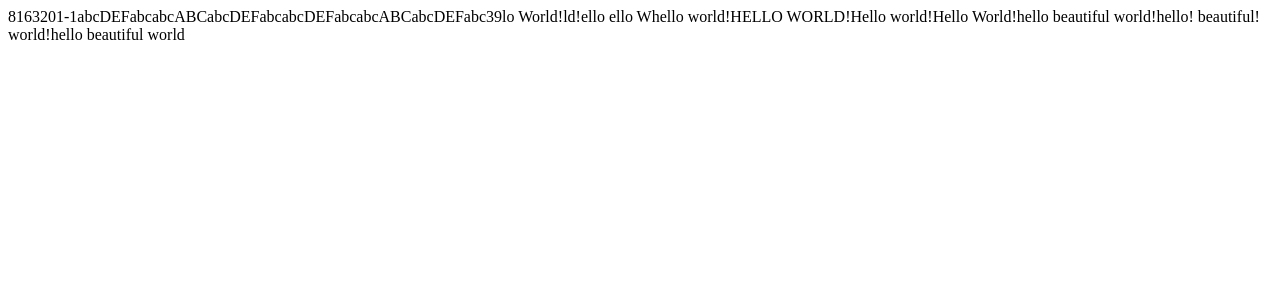
Repository: dudals3844/php_study
Page: http://localhost/hello.php
The author's editor kept a record of every edit. The page is drawn from the files as they stood at one moment, then again after the next edit.
The browser window is 1280 px wide. The pictures show the whole page.
The page is run by PHP 8.4 with error messages shown; the project is at /var/www/html/.

Above is the page before.

### hello.php
<?php
    //http://tcpschool.com/php/php_function_basic 공부하는 사이트
    //String function
    $str = "12345678";
    echo strlen($str);

    $str1 = "한글 문자열";
    echo strlen($str1);
    //echo mb_strlen($str1);
    //echo mb_strlen($str1, "UTF-8");

    //Compare string
    echo strcmp("abc","ABC");
    echo strcasecmp("abc","ABC");
    echo strcmp("2","10");
    echo strnatcmp("2","10");

    //search string
    echo strstr("ABCabcDEFabc","abc");
    echo strrchr("ABCabcDEFabc","abc");
    echo stristr("ABCabcDEFabc","abc");

    //location string
    echo strstr("ABCabcDEFabc","abc");
    echo strrchr("ABCabcDEFabc","abc");
    echo stristr("ABCabcDEFabc","abc");

    //location string return index number
    echo strpos("ABCabcDEFabc","abc");//abc나오는 첫번째 인덱스 숫자
    echo strrpos("ABCabcDEFabc","abc");//abc나오는 마지막 인덱스 숫자

    //string extraction
    $str2 = "Hello World!";
    echo substr($str2,3);
    echo substr($str2,-3);
    echo substr($str2,1,5);
    echo substr($str2,1,-5);

    //Replacing string case
    echo strtolower("Hello World!");
    echo strtoupper("hello world!");
    echo ucfirst("hello world!");
    echo ucwords("hello world!");

    //Combine and break strings
    $str3 = "hello, beautiful, world!";
    $array = explode(',',$str3);
    echo $array[0];//hello
    echo $array[1];//beautiful
    echo $array[2];//world!

    $str4 = implode('!',$array);//!기준으로 문자열을 결합
    echo $str4;//hello! beautiful! world!

    $token = strtok($str4, '!');//!기준으로 토큰화
    echo $token;//hello
    while($token != ""){
        $token = strtok('!');
        echo $token;//beautiful, world
    }


?>

After the next edit:
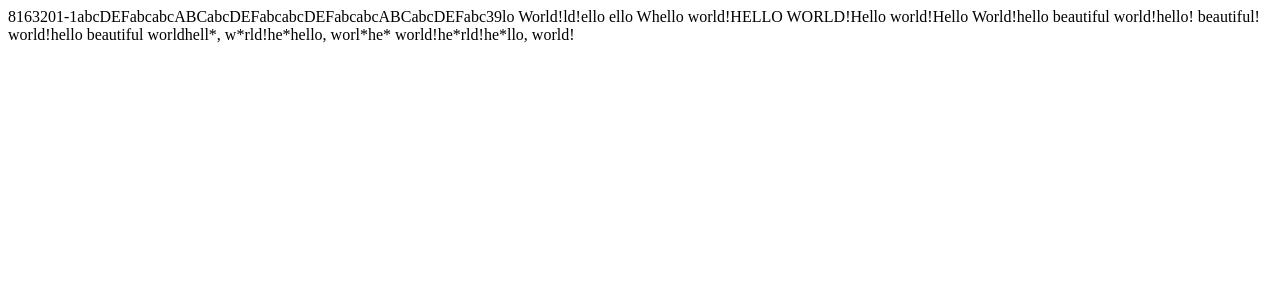
The edit:
--- a/hello.php
+++ b/hello.php
@@ -59,5 +59,13 @@
         echo $token;//beautiful, world
     }
 
+    //Replace string
+    $str = "hello, world!";
+    echo str_replace('o', '*', $str);      // 문자열의 모든 'o'를 '*'로 대체함.
+    echo substr_replace($str, '*', 2);     // 세 번째 문자부터 끝까지를 '*'로 대체함.
+    echo substr_replace($str, '*', -2);    // 끝에서 두 번째 문자부터 끝까지를 '*'로 대체함.
+    echo substr_replace($str, '*', 2, 4);  // 세 번째 문자부터 네 글자를 '*'로 대체함.
+    echo substr_replace($str, '*', 2, -4); // 세 번째 문자부터 끝에서 다섯 번째 문자까지를 '*'로 대체함.
+    echo substr_replace($str, '*', 2, 0);  // 두 번째 문자 뒤에 '*'을 삽입함.
 
 ?>
